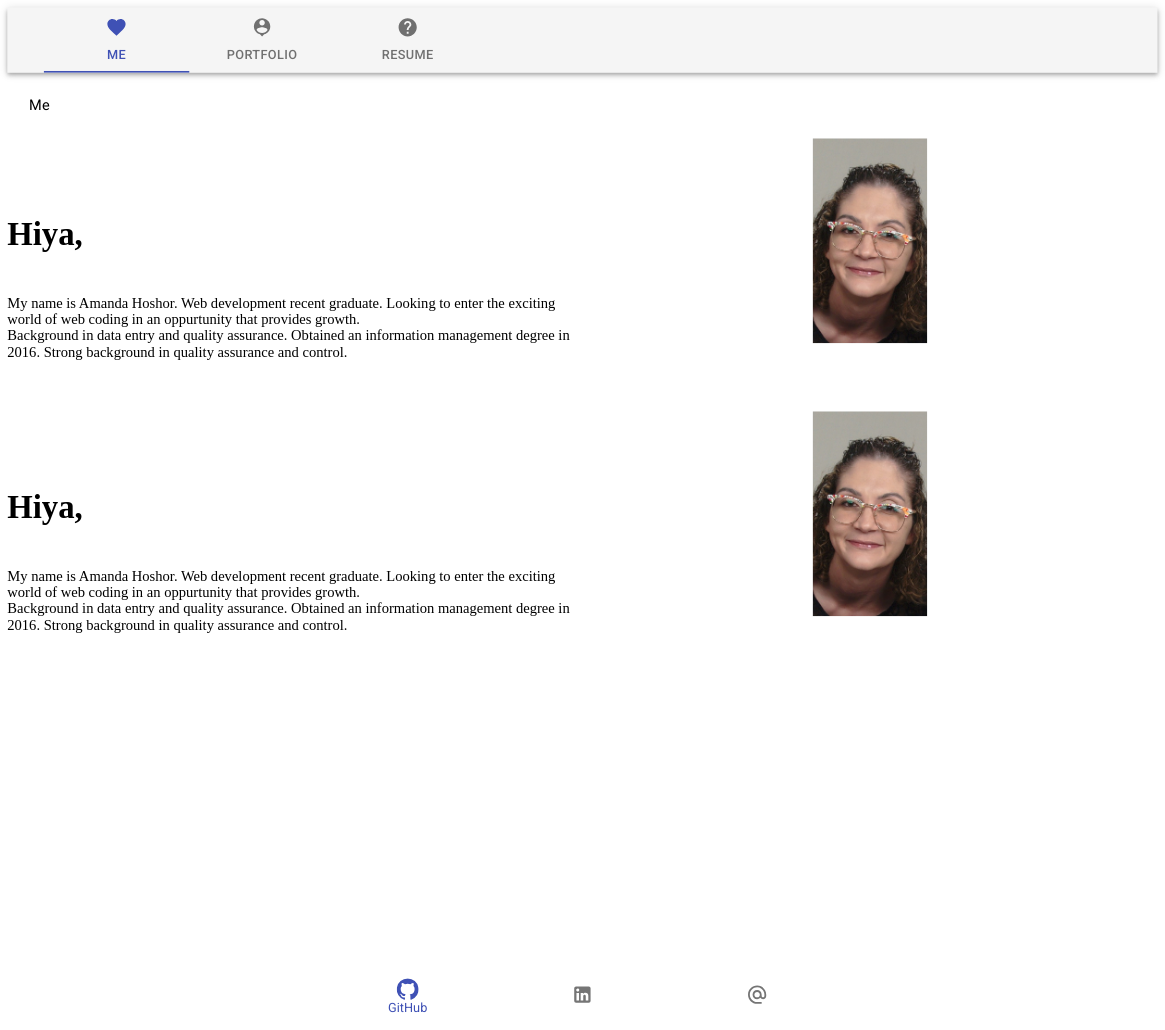
Repository: mandahos/hoshor
Page: /
An editor plug-in stored every save of this project. The page is shown before and after the next save, followed by the edit.
The browser window is 1280 px wide. The pictures show the whole page, at 91% of full size.
The project was rebuilt for these pictures with package versions that can differ from the ones it lists, and the page was loaded fresh each time. Also part of the build but not shown: src/components/Portfolio/index.js, src/components/Resume/index.js. Imported but missing from the stored project, and not drawn on this page: src/assets/resume/Amanda_Hoshor_Resume.PDF, src/assets/resume/Resume_Hoshor (1).pdf.

Above is the page before, as saved 2021-08-19 22:21:04.

### public/index.html
<!DOCTYPE html>
<html lang="en">
  <head>
    <meta charset="utf-8" />
    <link rel="icon" href="%PUBLIC_URL%/favicon.ico" />
    <meta name="viewport" content="width=device-width, initial-scale=1" />
    <meta name="theme-color" content="#000000" />
    <meta
      name="description"
      content="Web site created using create-react-app"
    />
    <link rel="apple-touch-icon" href="%PUBLIC_URL%/logo192.png" />
    <link rel="stylesheet" href="https://fonts.googleapis.com/css?family=Roboto:300,400,500,700&display=swap" />
    <!--
      manifest.json provides metadata used when your web app is installed on a
      user's mobile device or desktop. See https://developers.google.com/web/fundamentals/web-app-manifest/
    -->
    <link rel="stylesheet" href="https://fonts.googleapis.com/icon?family=Material+Icons" />
    <link rel="manifest" href="%PUBLIC_URL%/manifest.json" />
    <!--
      Notice the use of %PUBLIC_URL% in the tags above.
      It will be replaced with the URL of the `public` folder during the build.
      Only files inside the `public` folder can be referenced from the HTML.

      Unlike "/favicon.ico" or "favicon.ico", "%PUBLIC_URL%/favicon.ico" will
      work correctly both with client-side routing and a non-root public URL.
      Learn how to configure a non-root public URL by running `npm run build`.
    -->
    <title>Hoshor</title>
  </head>
  <body>
    <noscript>You need to enable JavaScript to run this app.</noscript>
    <div id="root"></div>
    <!--
      This HTML file is a template.
      If you open it directly in the browser, you will see an empty page.

      You can add webfonts, meta tags, or analytics to this file.
      The build step will place the bundled scripts into the <body> tag.

      To begin the development, run `npm start` or `yarn start`.
      To create a production bundle, use `npm run build` or `yarn build`.
    -->
  </body>
</html>

### src/index.js
import React from 'react';
import ReactDOM from 'react-dom';
import './css/styles.css';
import App from './App';

ReactDOM.render(
  <React.StrictMode>
    <App />

  </React.StrictMode>,
  document.getElementById('root')
);

// If you want to start measuring performance in your app, pass a function
// to log results (for example: reportWebVitals(console.log))
// or send to an analytics endpoint. Learn more: https://bit.ly/CRA-vitals

### src/css/styles.css
.App {
  font-family: Arial, Helvetica, sans-serif;
  text-align: center;
  background-color: #7A6174;
  color: white
}
h1 {
  font-size: 48px;

}
h2 {
  font-size: 14px
}
.About {
  font-family: Cambria, Cochin, Georgia, Times, 'Times New Roman', serif
}
h3 {
  text-align: left;
}

p {
  text-align: left;
}

### src/App.js
import React, { useState } from "react";
import "./css/styles.css";
import  Navigation from "./components/Navigation";
import  Me  from "./components/Me";
import  Footer  from "./components/Footer";
import Portfolio from "./components/Portfolio";
import Resume from "./components/Resume"
// import background from "./assets/images/plug.png"


function App() {
  const [projects] = useState([
    {
      name: "Med-Planner",
      description: "A web application which provides caregivers and patients an easy solution for managing their apointments.",
      url: "https://mandahos.github.io/med-planner/",
      github: "https://github.com/mandahos/med-planner.git",
      image: "med-planner.jpg"

    }
  ])

  const [meSelected, setMeSelected] = useState(true);
  const [portfolioSelected, setPortfolioSelected] = useState(false);
  const [resumeSelected, setResumeSelected] = useState (false);



  return (
    <div>
      <Navigation
      meSelected={meSelected}
      setMeSelected={setMeSelected}
      portfolioSelected={portfolioSelected}
      setPortfolioSelected={setPortfolioSelected}
      resumeSelected={resumeSelected}
      setResumeSelected={setResumeSelected}
      />

      {portfolioSelected ? (<Portfolio projects={projects}/>)
        : resumeSelected ? (<Resume />)
        : (<Me />)}

        <Footer />
    </div>
  );
}

export default App;

### src/components/Navigation/index.js
import React from 'react';
import PropTypes from 'prop-types';
import { makeStyles } from '@material-ui/core/styles';
import AppBar from '@material-ui/core/AppBar';
import Tabs from '@material-ui/core/Tabs';
import Tab from '@material-ui/core/Tab';

import FavoriteIcon from '@material-ui/icons/Favorite';
import PersonPinIcon from '@material-ui/icons/PersonPin';
import HelpIcon from '@material-ui/icons/Help';

import Typography from '@material-ui/core/Typography';
import Box from '@material-ui/core/Box';

import Me from '../Me/index'
import Portfolio from '../Portfolio/index'
import Resume from '../Resume/index'

function TabPanel(props) {
  const { children, value, index, ...other } = props;

  return (
    <div
      role="tabpanel"
      hidden={value !== index}
      id={`scrollable-force-tabpanel-${index}`}
      aria-labelledby={`scrollable-force-tab-${index}`}
      {...other}
    >
      {value === index && (
        <Box p={3}>
          <Typography>{children}</Typography>
        </Box>
      )}
    </div>
  );
}

TabPanel.propTypes = {
  children: PropTypes.node,
  index: PropTypes.any.isRequired,
  value: PropTypes.any.isRequired,
};

function a11yProps(index) {
  return {
    id: `scrollable-force-tab-${index}`,
    'aria-controls': `scrollable-force-tabpanel-${index}`,
  };
}

const useStyles = makeStyles((theme) => ({
  root: {
    flexGrow: 1,
    width: '100%',
    backgroundColor: theme.palette.background.paper,
  },
}));

export default function ScrollableTabsButtonForce() {
  const classes = useStyles();
  const [value, setValue] = React.useState(0);

  const handleChange = (event, newValue) => {
    setValue(newValue);
  };


  return (
    <>
    <div className={classes.root}>
      <AppBar position="static" color="default">
        <Tabs
          value={value}
          onChange={handleChange}
          variant="scrollable"
          scrollButtons="on"
          indicatorColor="primary"
          textColor="primary"
          aria-label="scrollable force tabs example"
        >

          <Tab label="Me" icon={<FavoriteIcon />} {...a11yProps(0)} />
          <Tab label="Portfolio" icon={<PersonPinIcon />} {...a11yProps(1)} />
          <Tab label="Resume" icon={<HelpIcon />} {...a11yProps(2)} />
          </Tabs>
      </AppBar>


      <TabPanel value={value} index={0}  >
      Me
      </TabPanel>
      <TabPanel value={value} index={1}  >
        Portfolio
      </TabPanel>
      <TabPanel value={value} index={2} >
        Resume
      </TabPanel>

      {value === 0 && <Me />}
      {value === 1 && <Portfolio />}
      {value === 2 && <Resume /> }

    </div>
    </>
  );
}

### src/components/Me/index.js
import React from 'react';
import {
  Container,
  Stack,
  Flex,
  Box,
  Heading,
  Text,
  Image

} from '@chakra-ui/react';


import picture from '../../assets/images/react-profile.png'

const Me = () => {


  return (

    <Container maxW={'7xl'}>
      <Stack
        align={'center'}
        spacing={{ base: 8, md: 10 }}
        py={{ base: 20, md: 28 }}
        direction={{ base: 'column', md: 'row' }}>

        <Stack flex={1} spacing={{ base: 5, md: 10 }}>
          <Heading
            lineHeight={1.1}
            fontWeight={800}
            fontSize={36}
            >
            <Text
              as={'span'}
              position={'relative'}
              _after={{
                content: "''",
                width: 'full',
                height: '80%',
                position: 'absolute',
                bottom: 1,
                left: 0,
                bg: 'red.400',
                zIndex: -1,

              }}>
              Hiya,
            </Text>
            <br />

          </Heading>
          <Text color={'black.500'}>
            My name is Amanda Hoshor. Web development recent graduate. Looking to enter the exciting world of web coding in an oppurtunity that provides growth.
            <br/>
            Background in data entry and quality assurance. Obtained an information management degree in 2016. Strong background in quality assurance and control.
          </Text>
          <Stack
            spacing={{ base: 4, sm: 6 }}
            direction={{ base: 'column', sm: 'row' }}>

          </Stack>
        </Stack>
        <Flex
          flex={1}
          justify={'center'}
          align={'center'}
          position={'relative'}
          w={'full'}>

          <Box
            position={'relative'}
            height={'300px'}
            rounded={'2xl'}
            boxShadow={'2xl'}
            width={'full'}
            overflow={'hidden'}>

            <Image
              alt={'Me'}
              fit={'cover'}
              align={'center'}
              w={'100%'}
              h={'75%'}
              src={
                picture
              }
            />
          </Box>
        </Flex>
      </Stack>
    </Container>
  );
}

export default Me;

### src/components/Footer/index.js
import React from 'react';
import { makeStyles } from '@material-ui/core/styles';
import BottomNavigation from '@material-ui/core/BottomNavigation';
import BottomNavigationAction from '@material-ui/core/BottomNavigationAction';
import LinkedInIcon from '@material-ui/icons/LinkedIn';
import GitHubIcon from '@material-ui/icons/GitHub';
import AlternateEmailIcon from '@material-ui/icons/AlternateEmail';
import CSS from './footer.css'

const useStyles = makeStyles({
  root: {
    width: 500,
  },
});

export default function LabelBottomNavigation() {
  const footer = useStyles();
  const [value, setValue] = React.useState('recents');

  const handleChange = (event, newValue) => {
    setValue(newValue);
  };

  return (
    <BottomNavigation value={value} onChange={handleChange} className={footer}>
      <BottomNavigationAction a href="https://github.com/mandahos" label="GitHub" value="recents" icon={<GitHubIcon />} />
      <BottomNavigationAction a href="https://www.linkedin.com/in/amanda-hoshor/" label="LinkedIn" value="favorites" icon={<LinkedInIcon />} />
      <BottomNavigationAction a href="mailto:hoshor.manda@gmail.com" label="Email" value="nearby" icon={<AlternateEmailIcon />} />

    </BottomNavigation>
  );
}

### src/components/Footer/footer.css
.root {
    display: block;
    margin-left: auto;
    margin-right: auto;
    margin-top: 25%;
    justify-content: center;
}

After the next save:
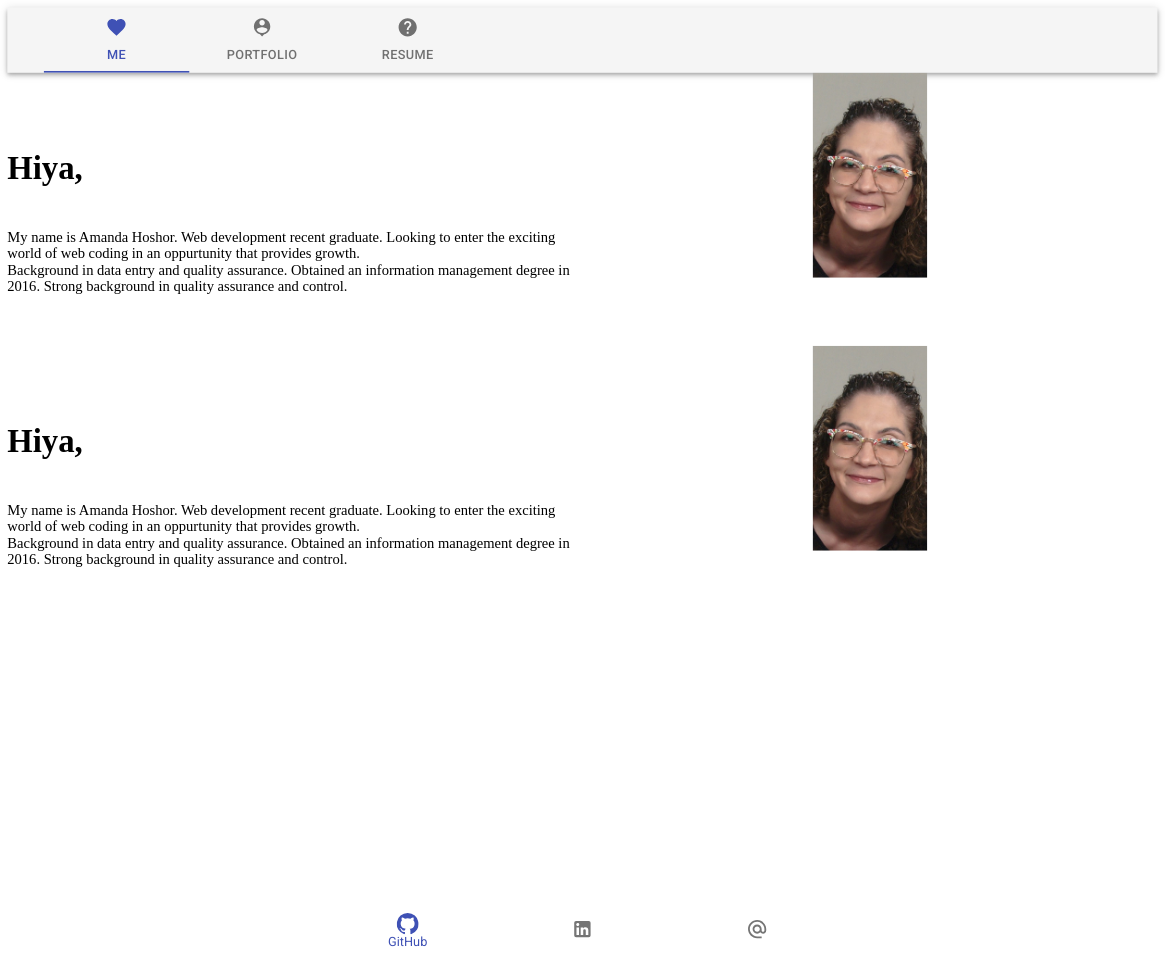
Saved 43 s later.
--- a/src/components/Navigation/index.js
+++ b/src/components/Navigation/index.js
@@ -87,7 +87,7 @@ export default function ScrollableTabsButtonForce() {
       </AppBar>
 
 
-      <TabPanel value={value} index={0}  >
+      <TabPanel value={value === 0 && <Me />} index={0}  >
       Me
       </TabPanel>
       <TabPanel value={value} index={1}  >
